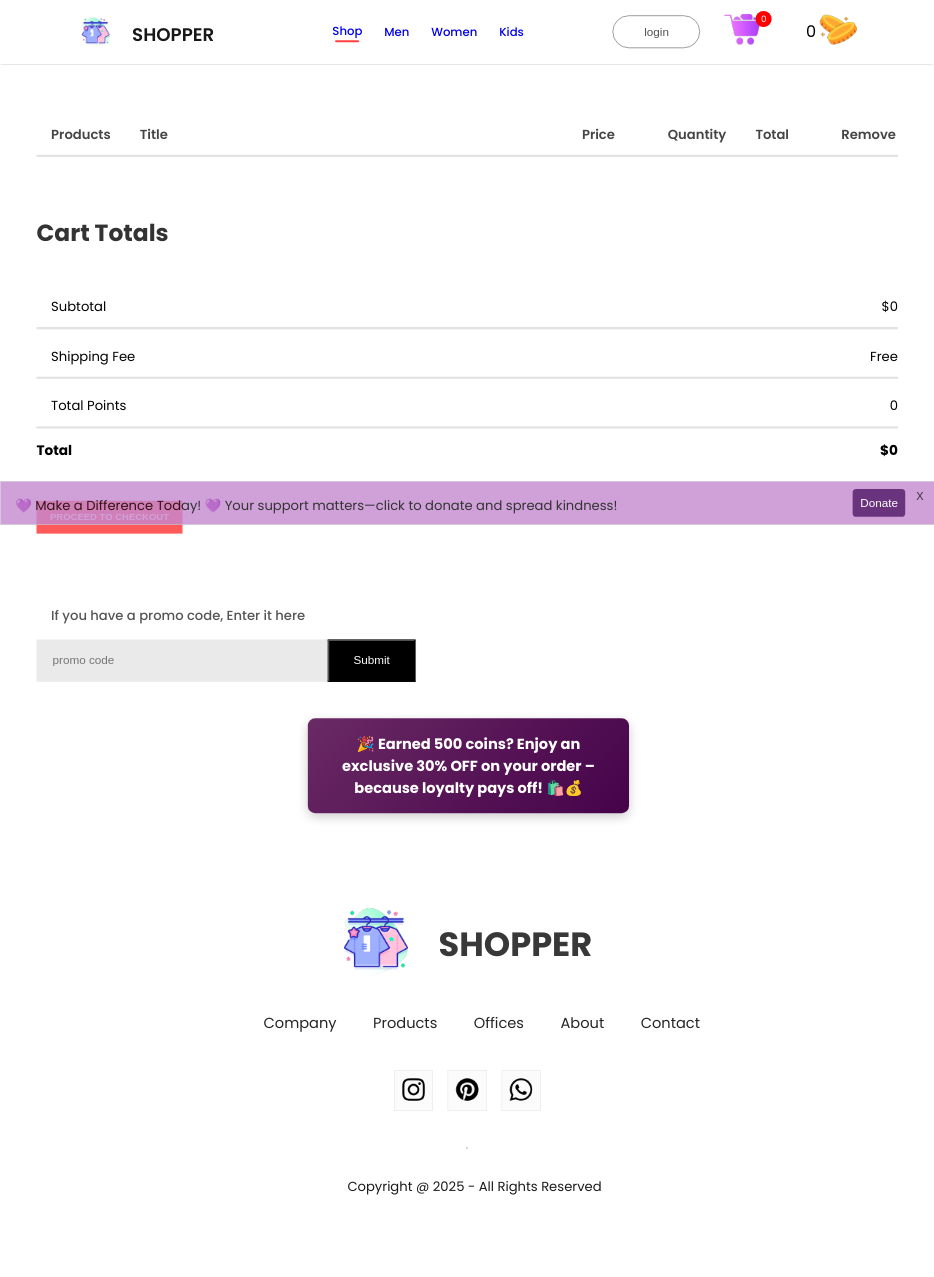
Repository: PayalJakhar/Shoppers-E-commerce-Website
Page: /cart (app in frontend/)
The author's editor kept a copy of each file at every save. The page is drawn from the files as they stood at one save, then again after a run of saves.
The browser window is 1280 px wide. The pictures show the whole page, at 73% of full size.
The page's requests for data from a server got no answer. The project was rebuilt for these pictures with package versions that can differ from the ones it lists, and the page was loaded fresh each time. No one was signed in, and anything a server would have sent is missing. Also part of the build but not shown: frontend/src/App.css, frontend/src/Components/Hero/Hero.css, frontend/src/Components/Hero/Hero.jsx, frontend/src/Components/Popular/Popular.css, frontend/src/Components/Item/Item.css, frontend/src/Components/Item/Item.jsx, frontend/src/Components/Popular/Popular.jsx, frontend/src/Components/Offers/Offers.css and 21 more.

Above is the page before, as saved 2025-02-07 23:45:37.

After the next 4 saves:
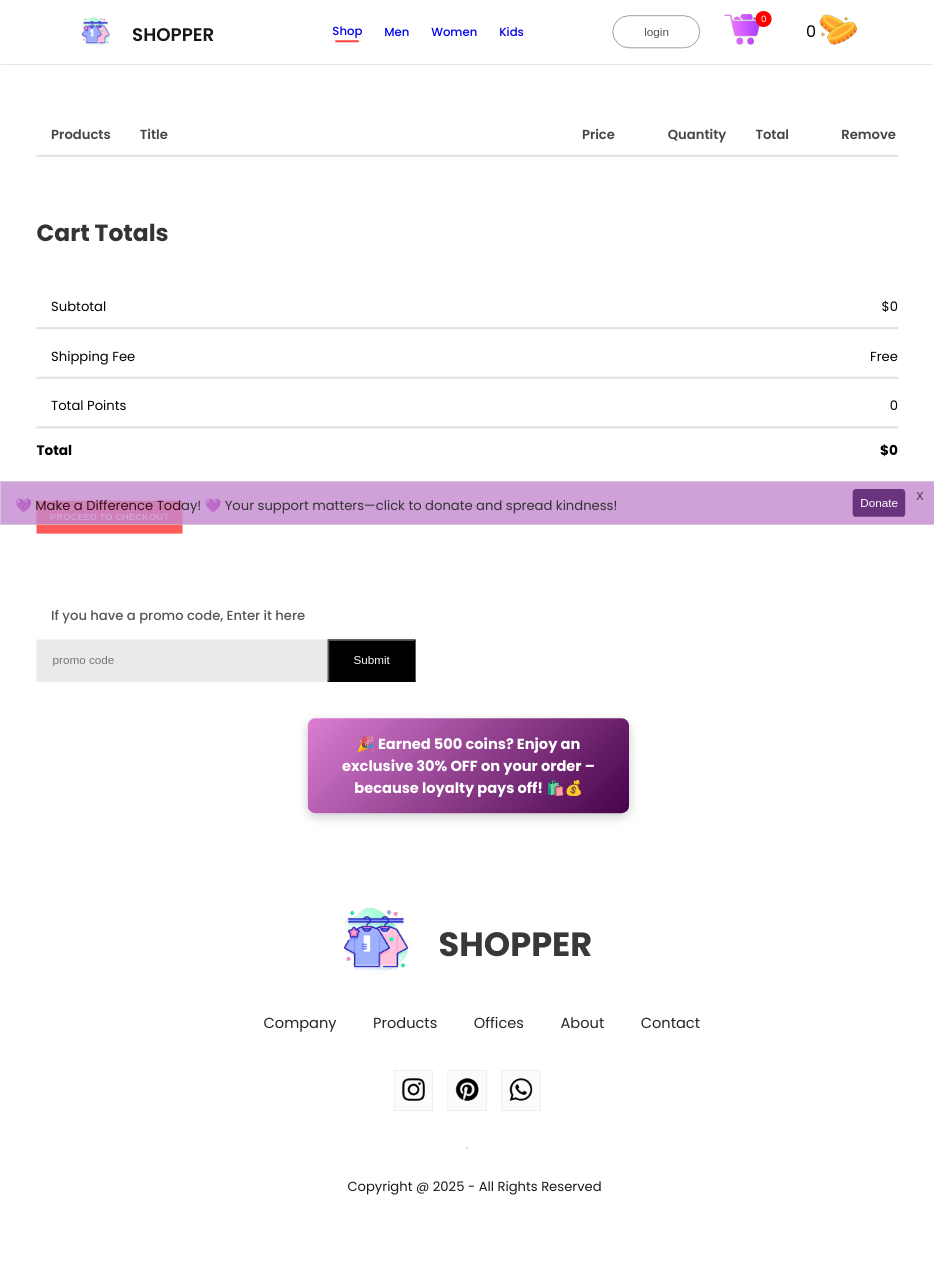
The 4 saves are shown as one change because they came seconds apart.
The last was saved 10 s later.
--- a/frontend/src/Components/CartItems/CartItems.css
+++ b/frontend/src/Components/CartItems/CartItems.css
@@ -106,7 +106,7 @@
   }
 
   .animated-box {
-    background: linear-gradient(135deg, #6a2a64, #45024a);
+    background: linear-gradient(135deg, #db7ed2, #45024a);
     color: white;
     font-size: 20px;
     font-weight: bold;
